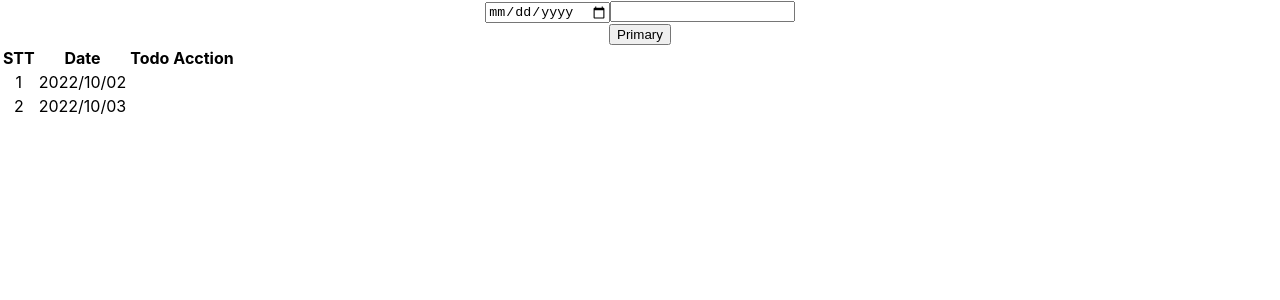
Repository: vanviet99/bietitmatit
Page: /
These files come from the project's save history. The page is drawn as it stood at one moment and after the next save; the edit follows.
The browser window is 1280 px wide. The pictures show the whole page.
The project was rebuilt for these pictures with package versions that can differ from the ones it lists, and the page was loaded fresh each time.

Above is the page before, as saved 2022-10-03 21:20:06.

### src/App.js

import React, { useState } from 'react';
import './App.css';
import data from './data';

function App() {
   const [list,setList] = useState(data)
  return (
    <div className="App">
     <React.Fragment>
     <div className="input-group mb-3">
     <input  type="date" className="form-control" aria-label="Sizing example input" aria-describedby="inputGroup-sizing-default"></input>
      <input  type="text" className="form-control" aria-label="Sizing example input" aria-describedby="inputGroup-sizing-default"></input>
    </div>
    <button type="button" className="btn btn-primary">Primary</button>
    <div>
    <table className="table">
  <thead>
    <tr>
      <th scope="col">STT</th>
      <th scope="col">Date</th>
      <th scope="col">Todo</th>
      <th scope="col">Acction</th>
    </tr>
  </thead>
  <tbody>
  {list.map(function(value,index){
        return (
          <tr key={index}>
            <td>{index+1}</td>
            <td>{value.date}</td>
            <td>{value.todo}</td>
          </tr>
        )
      })}
  </tbody>
</table>
    </div>
     </React.Fragment>
    </div>
  );
}

export default App;

### src/data.js
 let list = [
    {
        date: '2022/10/02', do: 'học react-js'
    },
    {
        date: '2022/10/03', do: 'học php'
    }
 ]

 export default list;

Loaded but not shown: src/index.js (common file); src/index.css (common file); src/reportWebVitals.js (common file); src/App.css (common file)

After the next save:
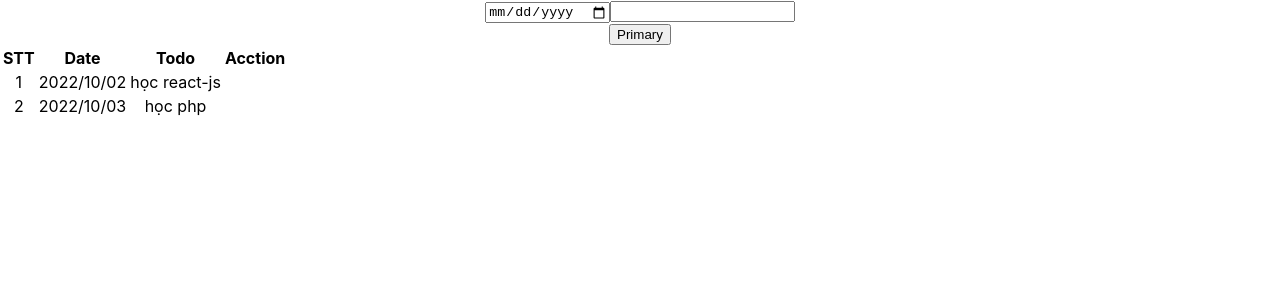
Saved 13 s later.
--- a/src/App.js
+++ b/src/App.js
@@ -29,7 +29,7 @@ function App() {
           <tr key={index}>
             <td>{index+1}</td>
             <td>{value.date}</td>
-            <td>{value.todo}</td>
+            <td>{value.do}</td>
           </tr>
         )
       })}
